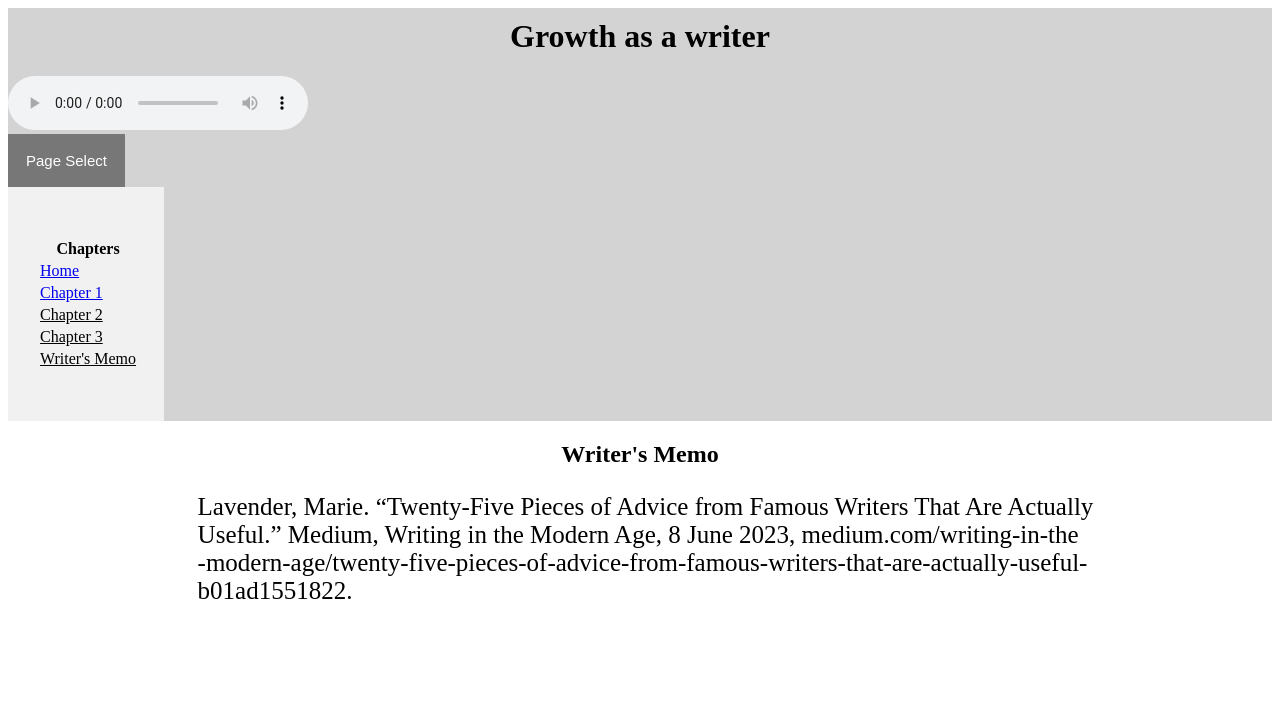
Repository: jpaisiem/WP-4
Page: WorksCited.html
The author's editor kept a copy of each file at every save. The page is drawn from the files as they stood at one save, then again after the next save.
The browser window is 1280 px wide. The pictures show the whole page.

Above is the page before, as saved 2025-05-01 12:07:15.
Console error: TypeError: Cannot read properties of undefined (reading 'toggle')

### WorksCited.html
<!DOCTYPE html>
<html>
<head>
<meta name="viewport" content="width=device-width, initial-scale=1">
<style>
.collapsible {
  background-color: #777;
  color: white;
  cursor: pointer;
  padding: 18px;
  width: fit-content;
  border: none;
  text-align: left;
  outline: none;
  font-size: 15px;
}

.active, .collapsible:hover {
  background-color: #555;
}

.content {
  display: flex;
  flex-direction: column;
  overflow: hidden;
  background-color: #f1f1f1;
  width: fit-content;
  height: fit-content;
  padding-left: 2.3%;
  padding-right: 2%;
}
p
{
 font-size: 25px;
 text-align: left;
 margin-left: 15%;
}
li
{
 font-size: 25px;
 text-align: left;
 margin-left: 5%;

}
</style>
<title>Growth as a writer - Chapter 3</title>
</head>
<body>
    <div style="background-color: lightgray; display: flex; flex-direction: column; margin-top: 0%;">
        <h1 style="text-align: center; background-color: lightgray; padding-top: 10px; margin-top: 0%;">Growth as a writer</h1>
        <div style="align-items: center;">
        <audio controls>
            <source src="audio.mp3" type="audio/mpeg">
        </audio>
        </div>
<button type="button" class="collapsible">Page Select</button>
<div class="content">
  <p><table>
    <tr>
        <th>Chapters</th>
    </tr>
    <tr>
        <td><a href="index.html">Home</a></td>
    </tr>
    <tr>
        <td><a href="Chapter1.html">Chapter 1</a></td>
    </tr>
     <tr>
        <td><a href="Chapter2.html" style="color: black;">Chapter 2</a></td>
    </tr>
    <tr>
        <td><a href="Chapter3.html" style="color: black;">Chapter 3</a></td>
    </tr>
    <tr>
        <td><a href="WritersMemo.html" style="color: black;">Writer&apos;s Memo</a></td>
    </tr>
  </table></p>
</div>
    </div>
<div style="text-align: center;">
     <h2 style="text-align: center;">Writer&apos;s Memo</h2>
     <p>
    Lavender, Marie. “Twenty-Five Pieces of Advice from Famous Writers That Are Actually <br>
    Useful.” Medium, Writing in the Modern Age, 8 June 2023, medium.com/writing-in-the<br>
    -modern-age/twenty-five-pieces-of-advice-from-famous-writers-that-are-actually-useful-<br>
    b01ad1551822.<br>
</p>
</div>
<script>
var coll = document.getElementsByClassName("collapsible");
var i;

for (i = 0; i < coll.length; i++) {
  coll[i].addEventListener("click", function() {
    this.classList.toggle("active");
    var content = this.nextElementSibling;
    if (content.style.display === "block") {
      content.style.display = "none";
    } else {
      content.style.display = "block";
    }
  });
}
if(location.reload){
    this.classList.toggle("collapsible");
}
</script>

</body>
</html>

After the next save:
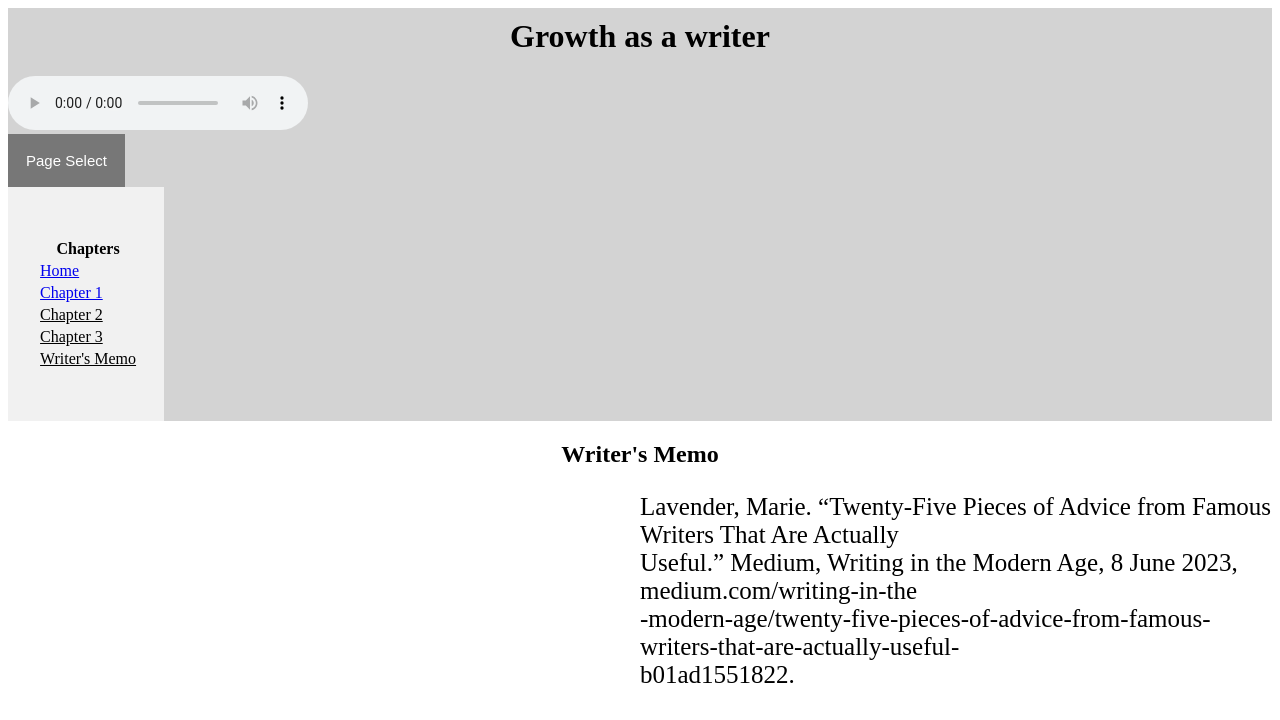
Saved 5 s later.
--- a/WorksCited.html
+++ b/WorksCited.html
@@ -33,7 +33,7 @@ p
 {
  font-size: 25px;
  text-align: left;
- margin-left: 15%;
+ margin-left: 50%;
 }
 li
 {
